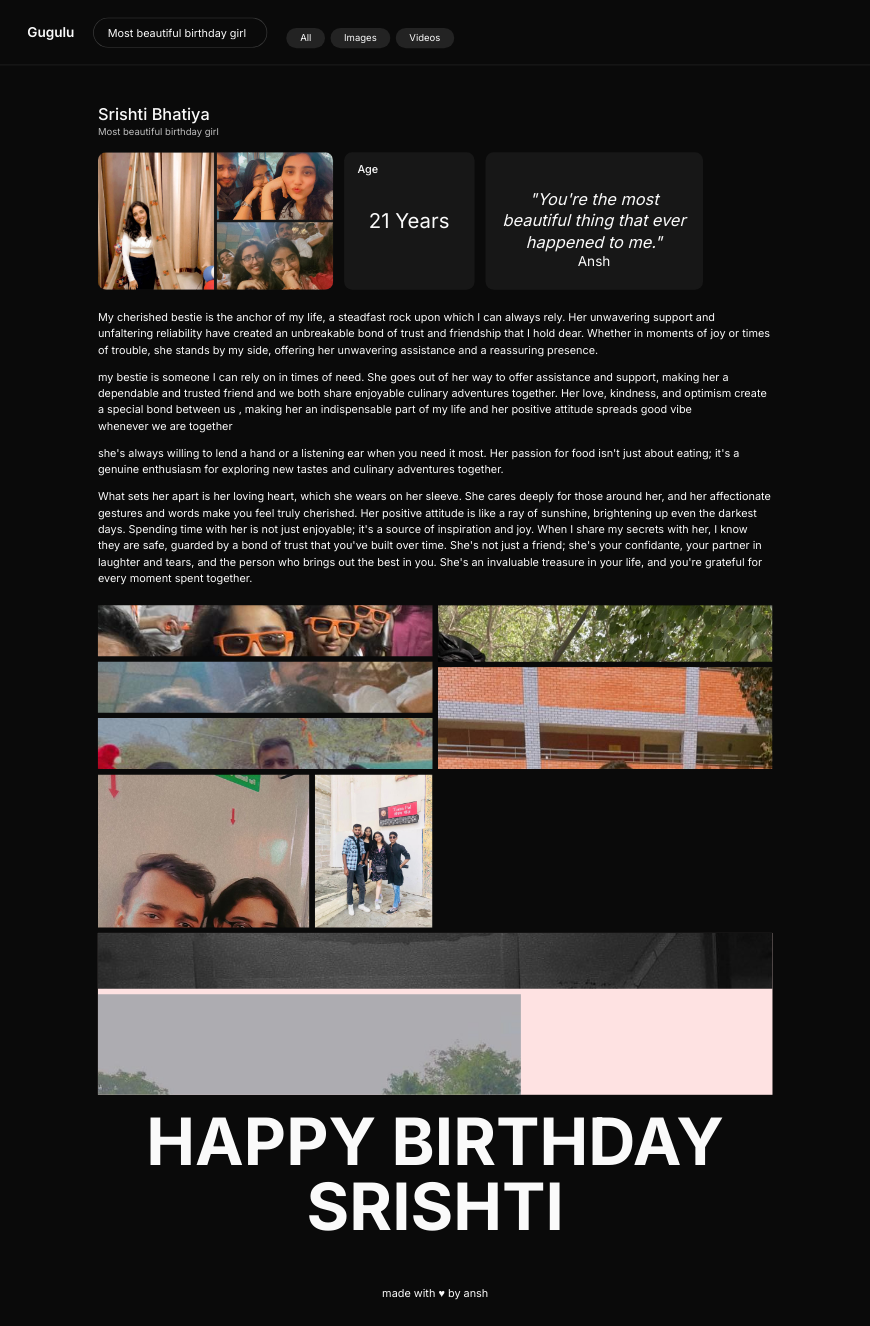
Repository: Harshgoel17/anshfinal
Page: /srishti
An editor plug-in stored every save of this project. The page is shown before and after the next save, followed by the edit.
The browser window is 1280 px wide. The pictures show the whole page, at 68% of full size.
The project was rebuilt for these pictures with package versions that can differ from the ones it lists, and the page was loaded fresh each time. The framework's server and built-in components were replaced by stand-ins that run in the browser. Also part of the build but not shown: next.config.js, lib/utils.js, components/ui/button.jsx.

Above is the page before, as saved 2023-10-06 18:19:20.

### app/layout.js
import "./globals.css";
import { Inter } from "next/font/google";

const inter = Inter({ subsets: ["latin"] });

export const metadata = {
  title: "Gugulu",
  description: "Generated by create next app",
};

export default function RootLayout({ children }) {
  return (
    <html lang="en">
      <body className={inter.className}>{children}</body>
    </html>
  );
}

### app/srishti/page.jsx
import Gallery from '@/components/Gallery'
import HappyBirthday from '@/components/HappyBirthday'
import Navbar from '@/components/Navbar'
import { Button } from '@/components/ui/button'
import React from 'react'

const page = () => {



  return (
    <div className='overflow-x-hidden'>
        <Navbar />
        <div className='py-8 lg:py-14 px-6 lg:px-36 gap-5 flex flex-col'>
            <div>
                <h1 className='text-2xl font-medium'>Srishti Bhatiya</h1>
                <p className='text-sm opacity-75'>Most beautiful birthday girl</p>
            </div>

            <div className='flex flex-col lg:flex-row items-center gap-4'>
                <div className='bg-neutral-900 w-[90vw] lg:w-[27vw] h-[28vh]  rounded-xl flex gap-1 overflow-hidden'>
                    <span className=' w-[50%] h-full relative overflow-hidden'>
                        <img src="images/84.jpg" alt="" className='absolute' />
                    </span>

                    <div className='flex flex-col gap-1 w-[50%] h-full overflow-hidden'>
                        <span className=' h-[50%] w-full relative overflow-hidden'>
                            <img src="images/71.jpg" alt="" className='absolute scale-[1.4]' />
                        </span>
                        <span className=' h-[50%] w-full relative overflow-hidden'>
                            <img src="images/33.jpg" alt="" className='absolute scale-[1.4]' />
                        </span>
                    </div>
                </div>

                <div className='bg-neutral-900 w-[92vw] lg:w-[15vw] lg:h-[28vh] h-[18vh]  rounded-xl flex gap-1 overflow-hidden items-center justify-center text-center px-5 lg:text-3xl text-2xl relative'>
                    <p className='absolute text-base top-3 left-5 font-medium'>Age</p>
                    <p>
                    21 Years
                    </p>
                </div>

                <div className='bg-neutral-900 lg:w-[25vw] h-[28vh]  rounded-xl flex gap-1 overflow-hidden items-center justify-center text-center px-5  relative'>
                        <p className='text-xl '><span className='italic text-2xl'>"You're the most beautiful thing that ever happened to me."</span>  <br /><span className='absolute bottom-7 left-[50%] translate-x-[-50%]'>
                        Ansh</span></p>
                </div>
            </div>

            <div className='text-lol py-2 flex flex-col gap-4'>
                <p>
                My cherished bestie is the anchor of my life, a steadfast rock upon which I can always rely. Her unwavering support and unfaltering reliability have created an unbreakable bond of trust and friendship that I hold dear. Whether in moments of joy or times of trouble, she stands by my side, offering her unwavering assistance and a reassuring presence.


                </p>

                <p>
                my bestie is someone I can rely on in times of need. She goes out of her way to offer assistance and support, making her a dependable and trusted friend and we both share enjoyable culinary adventures together. Her love, kindness, and optimism create a special bond between us , making her an indispensable part of my life and her positive attitude spreads good vibe whenever we are together


                </p>

                <p>
                she's always willing to lend a hand or a listening ear when you need it most. Her passion for food isn't just about eating; it's a genuine enthusiasm for exploring new tastes and culinary adventures together.



                </p>

                <p>
                What sets her apart is her loving heart, which she wears on her sleeve. She cares deeply for those around her, and her affectionate gestures and words make you feel truly cherished. Her positive attitude is like a ray of sunshine, brightening up even the darkest days. Spending time with her is not just enjoyable; it's a source of inspiration and joy.
When I share my secrets with her, I know they are safe, guarded by a bond of trust that you've built over time. She's not just a friend; she's your confidante, your partner in laughter and tears, and the person who brings out the best in you. She's an invaluable treasure in your life, and you're grateful for every moment spent together.
                </p>
            </div>

            <Gallery />

            <HappyBirthday />




            <div className='mt-12 mb-[-20px] text-center'>
                made with ♥ by ansh
            </div>
        </div>
    </div>
  )
}

export default page

### app/globals.css
@tailwind base;
@tailwind components;
@tailwind utilities;

@layer base {
  :root {
    --background: 0 0% 3.9%;
    --foreground: 0 0% 98%;

    --card: 0 0% 3.9%;
    --card-foreground: 0 0% 98%;

    --popover: 0 0% 3.9%;
    --popover-foreground: 0 0% 98%;

    --primary: 0 0% 98%;
    --primary-foreground: 0 0% 9%;

    --secondary: 0 0% 14.9%;
    --secondary-foreground: 0 0% 98%;

    --muted: 0 0% 14.9%;
    --muted-foreground: 0 0% 63.9%;

    --accent: 0 0% 14.9%;
    --accent-foreground: 0 0% 98%;

    --destructive: 0 62.8% 30.6%;
    --destructive-foreground: 0 0% 98%;

    --border: 0 0% 14.9%;
    --input: 0 0% 14.9%;
    --ring: 0 0% 83.1%;
  }

  .dark {
    --background: 0 0% 3.9%;
    --foreground: 0 0% 98%;

    --card: 0 0% 3.9%;
    --card-foreground: 0 0% 98%;

    --popover: 0 0% 3.9%;
    --popover-foreground: 0 0% 98%;

    --primary: 0 0% 98%;
    --primary-foreground: 0 0% 9%;

    --secondary: 0 0% 14.9%;
    --secondary-foreground: 0 0% 98%;

    --muted: 0 0% 14.9%;
    --muted-foreground: 0 0% 63.9%;

    --accent: 0 0% 14.9%;
    --accent-foreground: 0 0% 98%;

    --destructive: 0 62.8% 30.6%;
    --destructive-foreground: 0 0% 98%;

    --border: 0 0% 14.9%;
    --input: 0 0% 14.9%;
    --ring: 0 0% 83.1%;
  }
}

@layer base {
  * {
    @apply border-border;
  }
  body {
    @apply bg-background text-foreground;
  }
}

### components/Gallery.jsx
import React from 'react'

const Gallery = () => {
  return (
    <div className='h-[100vh] max-h-[100vh] flex flex-col gap-2'>
        <div className='grid grid-cols-2 gap-2 h-full  w-full flex-[2]  '>
            <div className='flex flex-col h-full w-full  gap-2'>
                <span className=' w-full h-full relative overflow-hidden'>
                    <img src="/images/34.jpg" alt="" className='absolute scale-[2]'/>
                </span>
                <span className=' w-full h-full relative overflow-hidden'>
                    <img src="/images/33.jpg" alt="" className='absolute scale-[2]'/>
                </span>
                <span className=' w-full h-full relative overflow-hidden'>
                    <img src="/images/25.jpg" alt="" className='absolute scale-[2]'/>
                </span>
            </div>

            <div className='flex flex-col h-full w-full  gap-2'>
                <span className=' w-full h-full flex-1 relative overflow-hidden'>
                    <img src="/images/79.jpg" alt="" className='absolute '/>
                </span>

                <span className=' w-full h-full flex-[1.8] relative overflow-hidden'>
                    <img src="/images/50.jpg" alt="" className='absolute '/>
                </span>
            </div>

            <div className='flex h-full w-full  gap-2'>
                <span className=' w-full h-full flex-[1.8] relative overflow-hidden'>
                    <img src="/images/89.jpg" alt="" className='absolute '/>
                </span>
                <span className=' w-full h-full flex-1 relative overflow-hidden'>
                    <img src="/images/36.jpg" alt="" className='absolute '/>
                </span>

            </div>


        </div>

        <div className='flex bg-red-100 h-full flex-col w-full flex-1 gap-2  '>
            <span className=' w-full h-full flex-1 relative overflow-hidden'>
                    <img src="/images/13.jpg" alt="" className='absolute scale-[1.13]'/>
                </span>

                <span className=' w-full h-full flex-[1.8] relative overflow-hidden'>
                    <img src="/images/38.jpg" alt="" className='absolute translate-y-[-230px]'/>
                </span>
        </div>
    </div>
  )
}

export default Gallery

### components/HappyBirthday.jsx
import React from 'react'

const HappyBirthday = () => {
  return (
    <div className='text-8xl font-bold text-center'>
        HAPPY BIRTHDAY <span>SRISHTI</span>
    </div>
  )
}

export default HappyBirthday

### components/Navbar.jsx
import React from 'react'
import { Button } from "@/components/ui/button";

const Navbar = () => {
  return (
    <div className='flex h-32 lg:h-24 w-screen items-center justify-between border-b px-2 lg:px-10'>
        <div className='lg:flex-row flex-col lg:flex gap-7 items-center'>
            <h1 className='text-xl font-semibold hidden lg:block'>Gugulu</h1>
            <input type="text" className="bg-background border border-foreground/20 rounded-full h-11 w-[96vw] lg:w-[20vw] px-5" value={'Most beautiful birthday girl'}/>

            <div className='flex items-center justify-center mt-4 gap-2 text-sm'>
                <a href='/srishti' className='rounded-full bg-foreground/10 px-5 py-[5px] cursor-pointer'>All</a>
                <a href='/srishti/images' className='rounded-full bg-foreground/10 px-5 py-[5px] cursor-pointer'>Images</a>
                <a href='/srishti/videos' className='rounded-full bg-foreground/10 px-5 py-[5px] cursor-pointer'>Videos</a>
                {/*  */}
            </div>
        </div>
        {/* <div className='flex items-center gap-6'>
            <Button variant="outline" className="rounded-xl" >Sign In</Button>
        </div> */}
    </div>
  )
}

export default Navbar

Loaded but not shown: tailwind.config.js (common file)

After the next save:
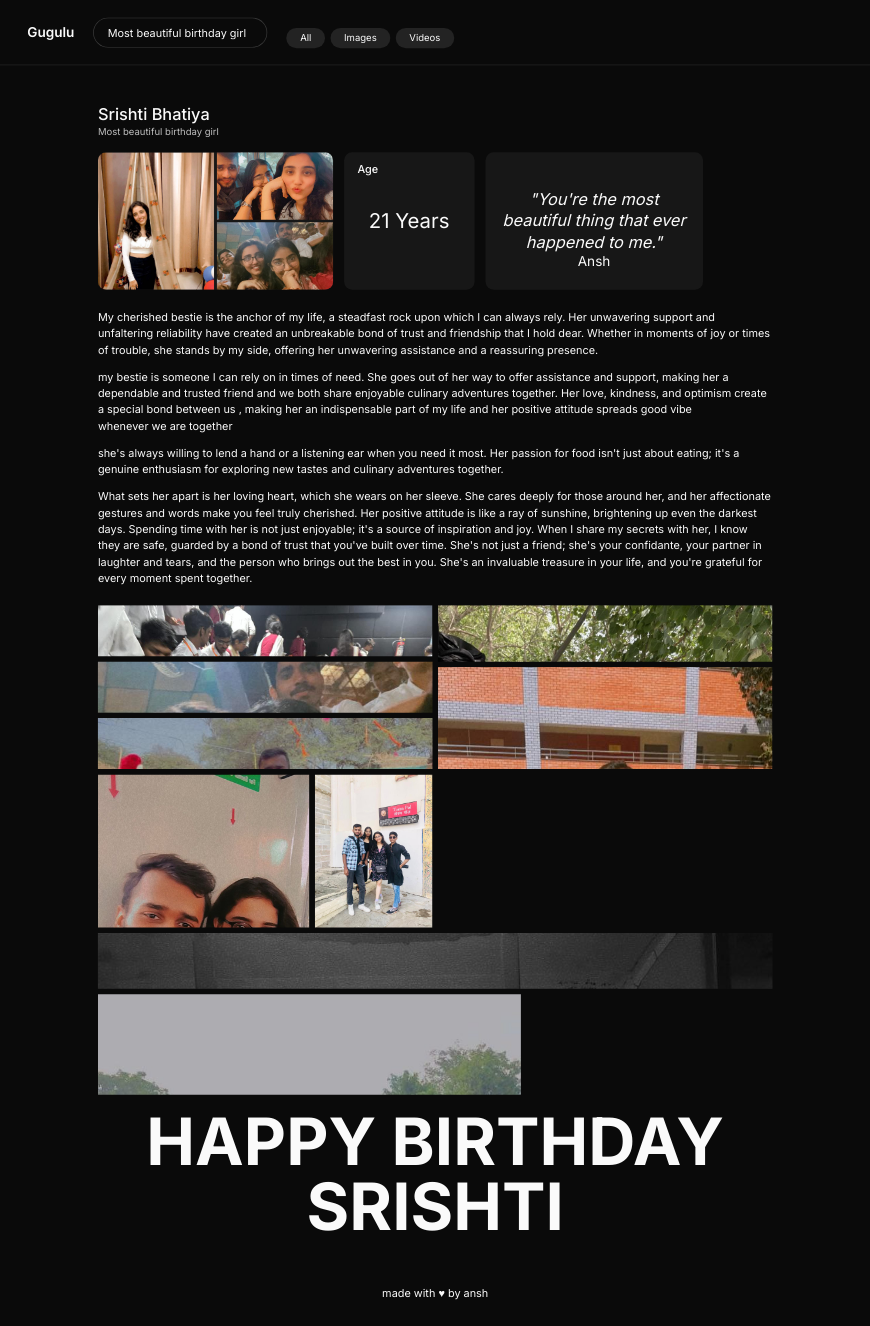
Saved 15 s later.
--- a/components/Gallery.jsx
+++ b/components/Gallery.jsx
@@ -6,13 +6,13 @@ const Gallery = () => {
         <div className='grid grid-cols-2 gap-2 h-full  w-full flex-[2]  '>
             <div className='flex flex-col h-full w-full  gap-2'>
                 <span className=' w-full h-full relative overflow-hidden'>
-                    <img src="/images/34.jpg" alt="" className='absolute scale-[2]'/>
+                    <img src="/images/34.jpg" alt="" className='absolute'/>
                 </span>
                 <span className=' w-full h-full relative overflow-hidden'>
-                    <img src="/images/33.jpg" alt="" className='absolute scale-[2]'/>
+                    <img src="/images/33.jpg" alt="" className='absolute scale-[1.6]'/>
                 </span>
                 <span className=' w-full h-full relative overflow-hidden'>
-                    <img src="/images/25.jpg" alt="" className='absolute scale-[2]'/>
+                    <img src="/images/25.jpg" alt="" className='absolute scale-[1.7]'/>
                 </span>
             </div>
 
@@ -39,7 +39,7 @@ const Gallery = () => {
 
         </div>
 
-        <div className='flex bg-red-100 h-full flex-col w-full flex-1 gap-2  '>
+        <div className='flex h-full flex-col w-full flex-1 gap-2  '>
             <span className=' w-full h-full flex-1 relative overflow-hidden'>
                     <img src="/images/13.jpg" alt="" className='absolute scale-[1.13]'/>
                 </span>
